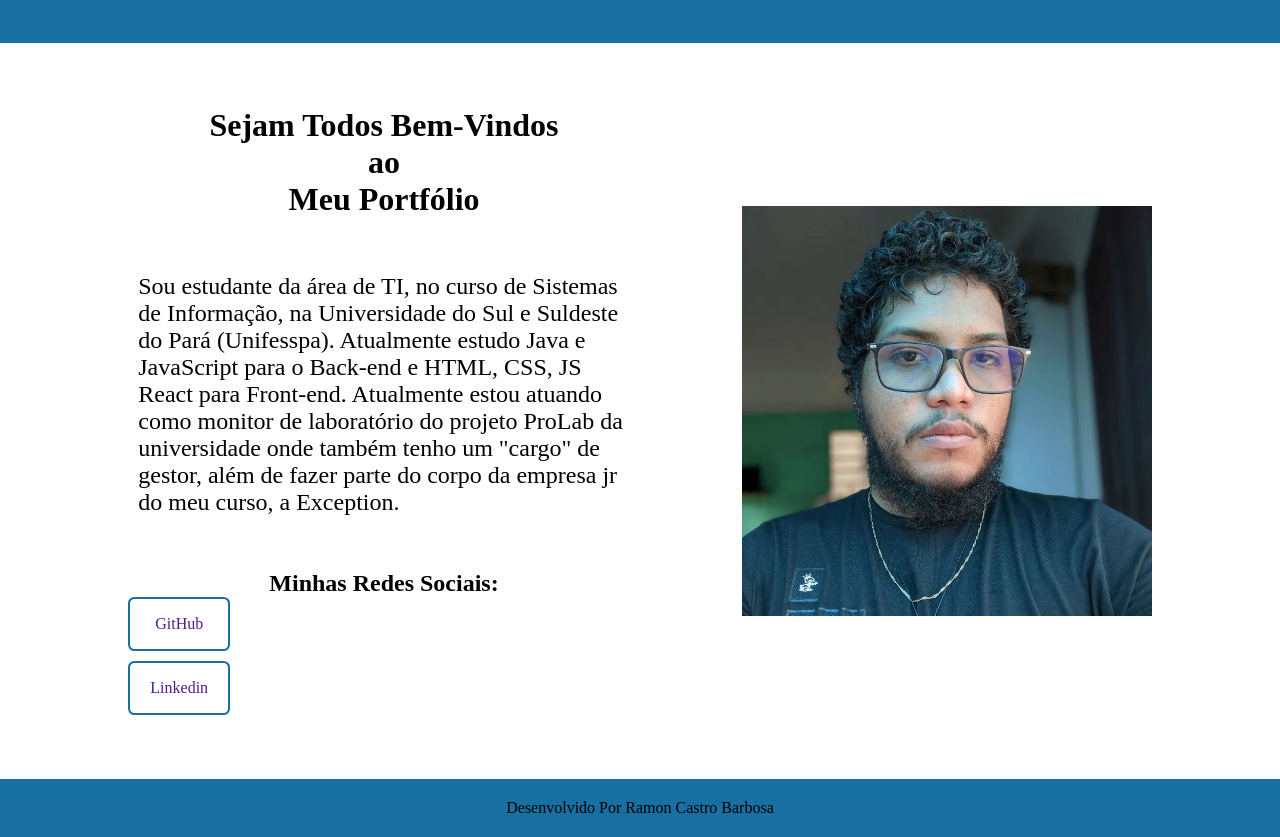
Repository: ramoncbarbosa/Web1_Atividade2
Page: index.html
An editor plug-in stored every save of this project. The page is shown before and after a run of saves, followed by the edit.
The browser window is 1280 px wide. The pictures show the whole page.

Above is the page before, as saved 2023-06-10 16:37:13.

After the next 3 saves:
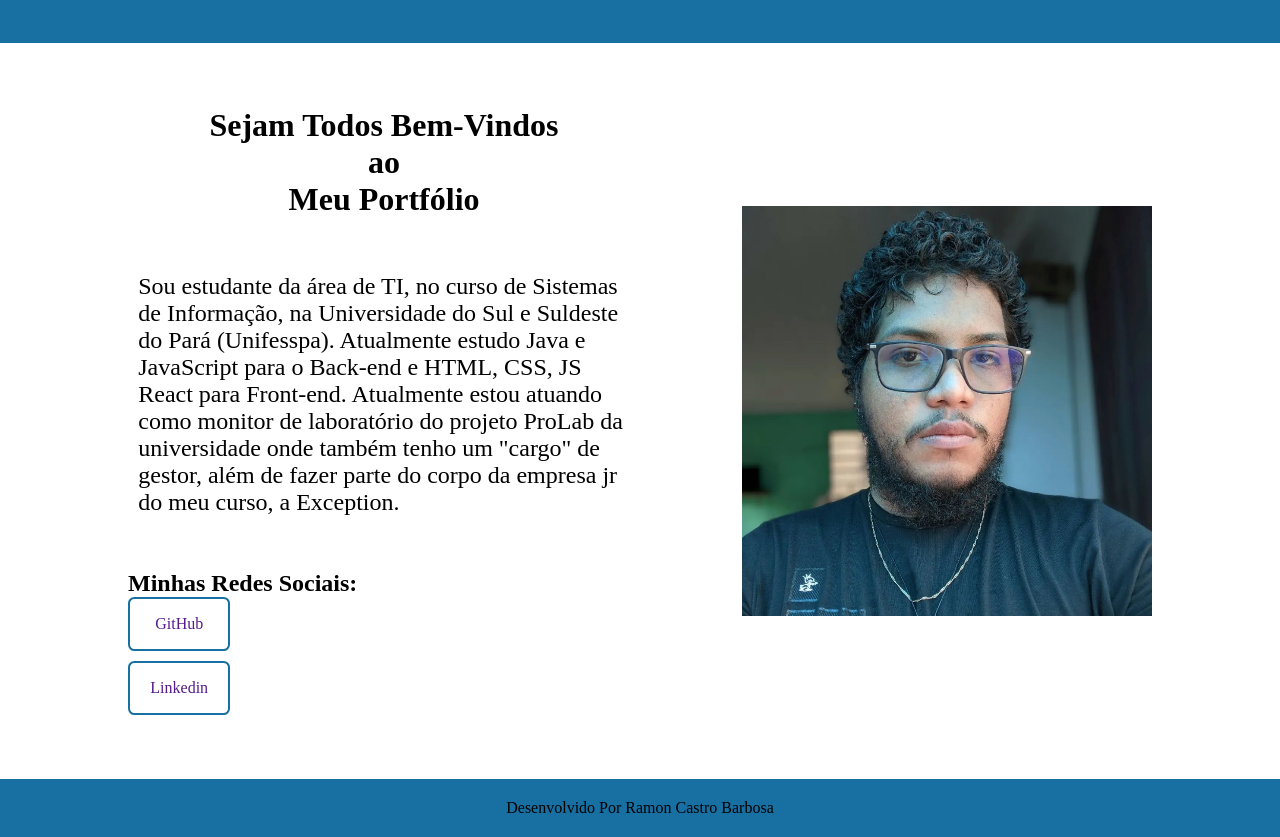
The 3 saves are shown as one change because they came seconds apart.
The last was saved 10 s later.
--- a/styles/styles.css
+++ b/styles/styles.css
@@ -60,16 +60,12 @@ body{
 .principal__links{
     display: flex;
     flex-direction: row;
-    justify-content: space-between;
+    justify-content: center;
     align-items: center;
     padding: 0;
     text-align: center;
 }
 
-.secundario__titulo{
-    text-align: center;
-    justify-content: center;
-}
 
 #github{
     display: flex;
